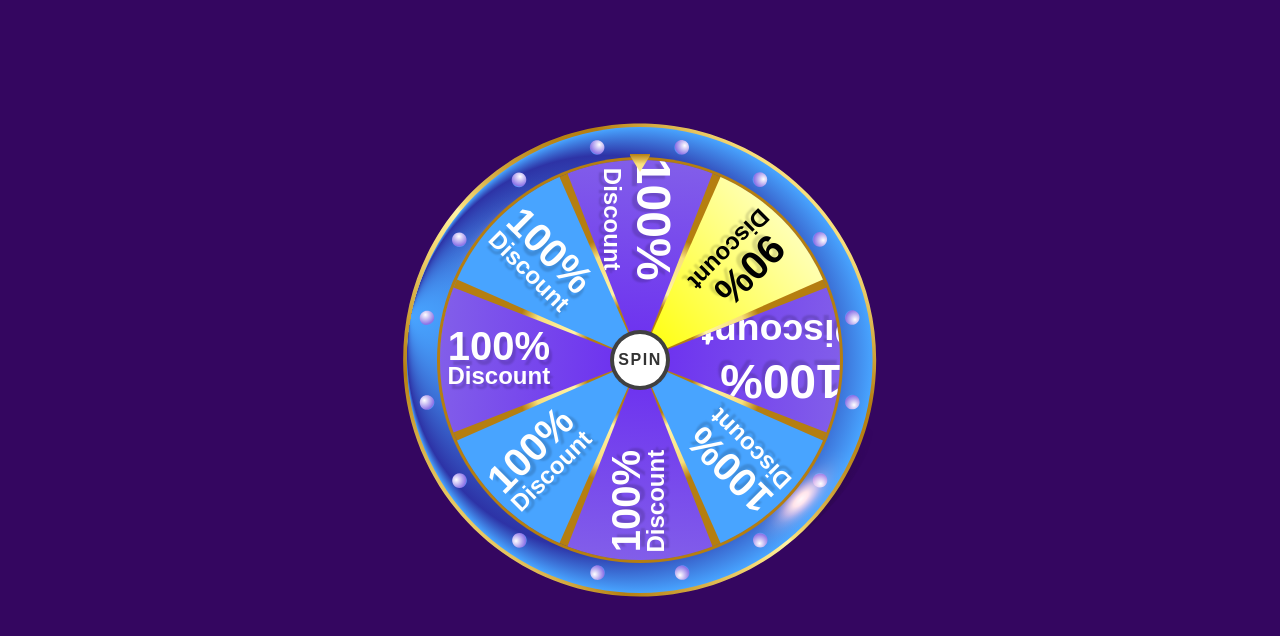
Repository: Jacques-Jaki-Morkel/FundedMarketplace_WheelofFortune
Page: index.html
The author's editor kept a copy of each file at every save. The page is drawn from the files as they stood at one save, then again after the next save.
The browser window is 1280 px wide. The pictures show the whole page.

Above is the page before, as saved 2025-08-14 14:12:19.

### index.html
<!DOCTYPE html>
<html lang="en">

<head>
    <meta charset="UTF-8">
    <meta name="viewport" content="width=device-width, initial-scale=1.0">
    <title>Wheel of Fortune - Funded Marketplace</title>
    <link rel="stylesheet" href="styles.css">
</head>

<body>
    <div class="container">
        <div class="spinBtn">
            SPIN
        </div>
        <img class="wheel-frame" src="assets/rings.svg" alt="wheel rings">
        <div class="wheel">
            <div class="number" style=" --i:1 ;">
                <span>
                    <div class="sliceTextGroup">
                        <h2 class="mediumSliceText">100%</h2>
                        <h3 class="smallSliceText">Discount</h3>
                    </div>
                </span>
            </div>
            <div class="number" style=" --i:2 ;--clr2: linear-gradient(var(--angle), white, yellow);">
                <span class="ulitmatePrize">
                    <div class="sliceTextGroup">
                        <h2 class="largeSliceText">90%</h2>
                        <h3 class="smallSliceText">Discount</h3>
                    </div>
                </span>
            </div>
            <div class="number" style=" --i:3 ;">
                <span>
                    <div class="sliceTextGroup">
                        <h2 class="mediumSliceText">100%</h2>
                        <h3 class="mediumSliceText">Discount</h3>
                    </div>
                </span>
            </div>
            <div class="number"
                style=" --i:4 ;--clr2: linear-gradient(var(--angle), #8b72e7 0%, #48a4ff 7%, #48a4ff 89%,  #3638ad 100%);">
                <span>
                    <div class="sliceTextGroup">
                        <h2 class="largeSliceText">100%</h2>
                        <h3 class="smallSliceText">Discount</h3>
                    </div>
                </span>

            </div>
            <div class="number" style=" --i:5 ;">
                <span>
                    <div class="sliceTextGroup">
                        <h2 class="largeSliceText">100%</h2>
                        <h3 class="smallSliceText">Discount</h3>
                    </div>
                </span>

            </div>
            <div class="number"
                style=" --i:6 ;--clr2: linear-gradient(var(--angle), #8b72e7 0%, #48a4ff 7%, #48a4ff 89%,  #3638ad 100%);">
                <span>
                    <div class="sliceTextGroup">
                        <h2 class="largeSliceText">100%</h2>
                        <h3 class="smallSliceText">Discount</h3>
                    </div>
                </span>

            </div>
            <div class="number" style=" --i:7 ;">
                <span>
                    <div class="sliceTextGroup">
                        <h2 class="largeSliceText">100%</h2>
                        <h3 class="smallSliceText">Discount</h3>
                    </div>
                </span>

            </div>
            <div class="number"
                style=" --i:8 ;--clr2: linear-gradient(var(--angle), #8b72e7 0%, #48a4ff 7%, #48a4ff 89%,  #3638ad 100%);">
                <span>
                    <div class="sliceTextGroup">
                        <h2 class="largeSliceText">100%</h2>
                        <h3 class="smallSliceText">Discount</h3>
                    </div>
                </span>

            </div>
        </div>
        <div>
            <script src="script.js"></script>
</body>

</html>

### styles.css
* {
    margin: 0;
    padding: 0;
    box-sizing: border-box;
    font-family: 'Poppins', sans-serif;
}

body {
    display: flex;
    justify-content: center;
    align-items: center;
    min-height: 100vh;
    background: rgb(52, 6, 96);
}

.container {
    position: relative;
    width: 400px;
    height: 400px;
    display: flex;
    justify-content: center;
    align-items: center;
}

.container .spinBtn {
    position: absolute;
    width: 60px;
    height: 60px;
    background: #fff;
    border-radius: 50%;
    z-index: 10;
    display: flex;
    justify-content: center;
    align-items: center;
    text-transform: uppercase;
    font-weight: 600;
    color: #333;
    letter-spacing: 0.1em;
    border: 4px solid rgba(0, 0, 0, 0.75);
    cursor: pointer;
    user-select: none;
}

.container .spinBtn::before {
    content: '';
    position: absolute;
    top: -180px;
    width: 20px;
    transform: rotate(180DEG);
    height: 30px;
    background: linear-gradient(#b57e10  ,#fff3a6 , #f9df7b , #b57e10 );
    clip-path: polygon(50% 40%, -5% 100%, 105% 100%);
}

.container .wheel {
    position: absolute;
    top: 50%;
    left: 50%;
    width: 100%;
    height: 100%;
    inset: 0;
    border-radius: 50%;
    overflow: hidden; /* keeps slices inside the wheel */
    z-index: 2; /* above frame */
    background: radial-gradient(#b57e10 20%, #fff3a6 25%, #f9df7b 39%, #b57e10 45%);
     box-shadow: 0 0 0 3px rgba(181, 126, 16, 1)


}

.wheel-frame {
    position: absolute;
    top: 50%;
    left: 50%;
    width: 170%; /* bigger than wheel */
    height: 170%;
    transform: translate(-50%, -50%);
    z-index: 1; /* behind the wheel */
    pointer-events: none; /* allows clicking wheel slices */
}


.container .wheel .number {
    position: absolute;
    width: 50%;
    height: 50%;
    background:var(--clr2, linear-gradient(var(--angle), #8b72e7, #6b2df0));
    --angle: 140deg;
    transform-origin: bottom right;
    transform: rotate(calc(45deg * var(--i)));
    clip-path: polygon(0 0, 56% 0, 100% 100%, 0 56%);
    display: flex;
    justify-content: center;
    align-items: center;
    user-select: none;
    cursor: pointer;
}

.container .wheel .number span {
    position: relative;
    transform: rotate(45deg);
    color: #fff;
    font-size: 2em;
    font-weight: 700;
    text-shadow: 3px 5px 2px rgba(0, 0, 0, 0.15);
}
.ulitmatePrize{
    position: relative;
    transform: rotate(45deg);
    color: #000 !important;
    font-size: 2em;
    font-weight: 700;
    text-shadow: 3px 5px 2px rgba(0, 0, 0, 0.15);
}
.sliceTextGroup {
    display: flex;
    flex-direction: column;
    align-items: center;
}
.smallSliceText {
    font-size: 0.75em;
}
.largeSliceText {
    font-size: 1.25em;
   line-height: 32px;
}

/* .container .wheel .number span::after {
    content: '$';
    padding-left: 5px;
    position: absolute;
    font-size: 0.75em;
    font-weight: 500;
} */

### script.js
const wheel = document.querySelector('.wheel');
const spinButton = document.querySelector('.spinBtn');
const value = Math.ceil(Math.random() * 360);

spinButton.addEventListener('click', () => {
    const rotations = Math.max(Math.random() * 100, 15); // Ensure at least 15 full rotations
    const randomDegree = Math.floor(Math.random() * (360*rotations)) + 720; // Ensure at least two full rotations
    const finalDegree = value + randomDegree;

    wheel.style.transition = 'transform 5s ease-in-out';
    wheel.style.transform = `rotate(${finalDegree}deg)`;

//     spin styles
//     cubic-bezier(0.33, 1, 0.68, 1)
})

After the next save:
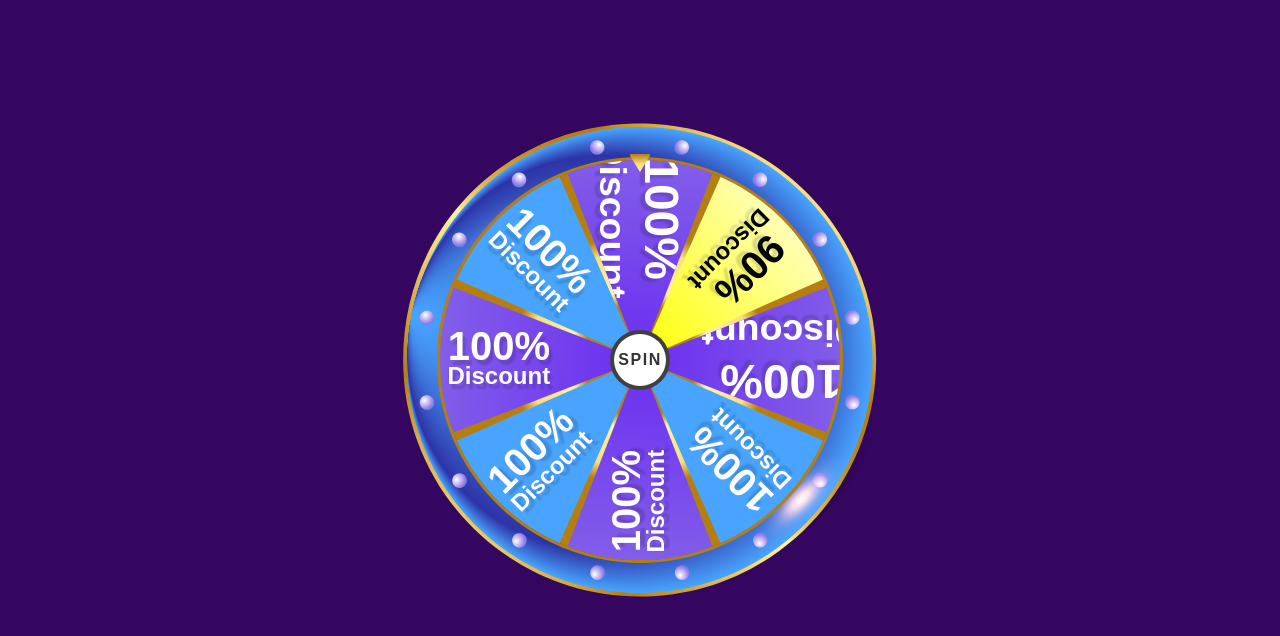
Saved 5 s later.
--- a/index.html
+++ b/index.html
@@ -19,7 +19,7 @@
                 <span>
                     <div class="sliceTextGroup">
                         <h2 class="mediumSliceText">100%</h2>
-                        <h3 class="smallSliceText">Discount</h3>
+                        <h3 class="mediumSliceText">Discount</h3>
                     </div>
                 </span>
             </div>
